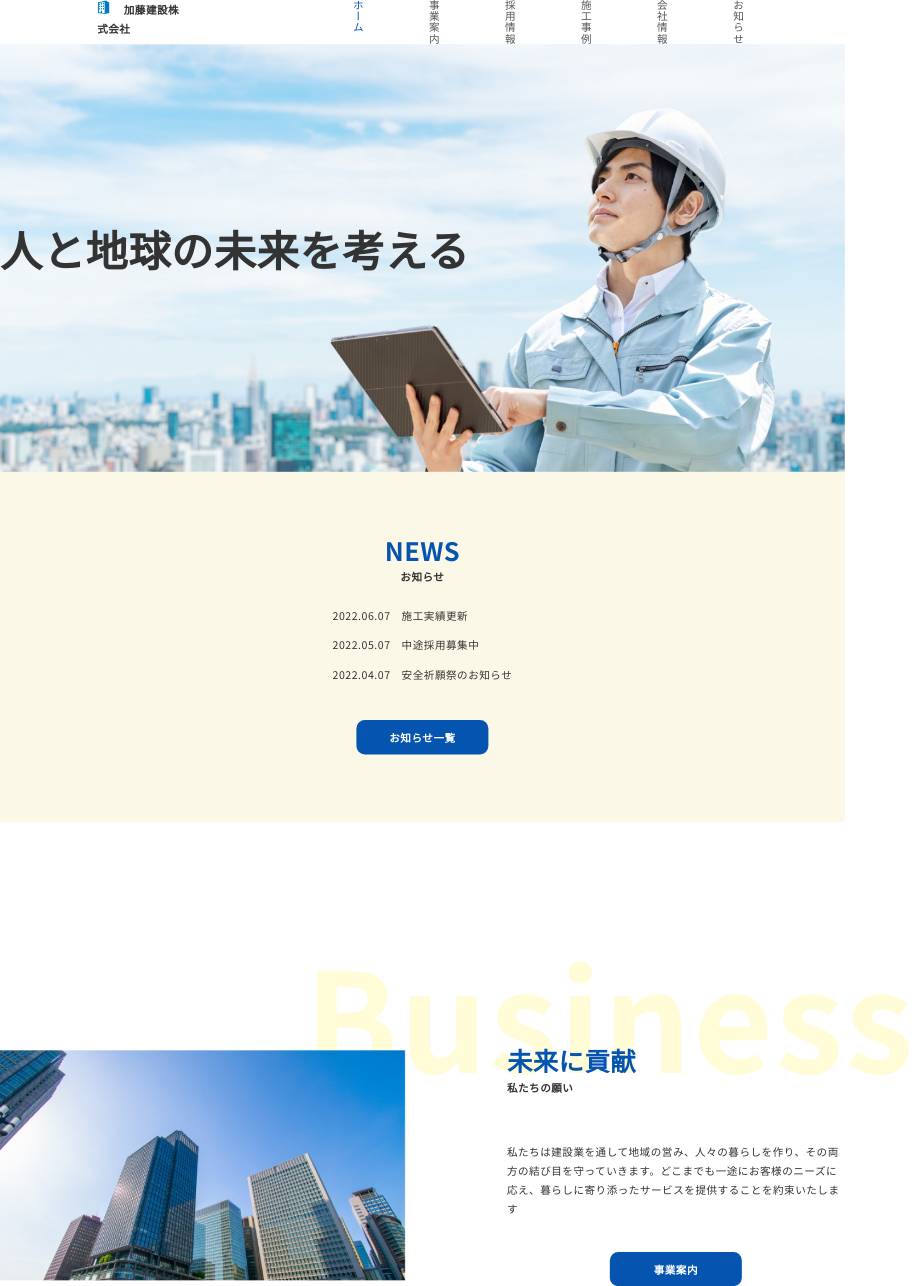
Repository: nozomi-23/hp1_test
Page: index.html
These files come from the project's save history. The page is drawn as it stood at one moment and after the next save; the edit follows.
The browser window is 1280 px wide. The page is 1387 px wide, so the pictures cover 1387 px, including what lies to the right of the window. The pictures show the whole page, at 66% of full size.

Above is the page before, as saved 2022-06-12 14:54:34.

After the next save:
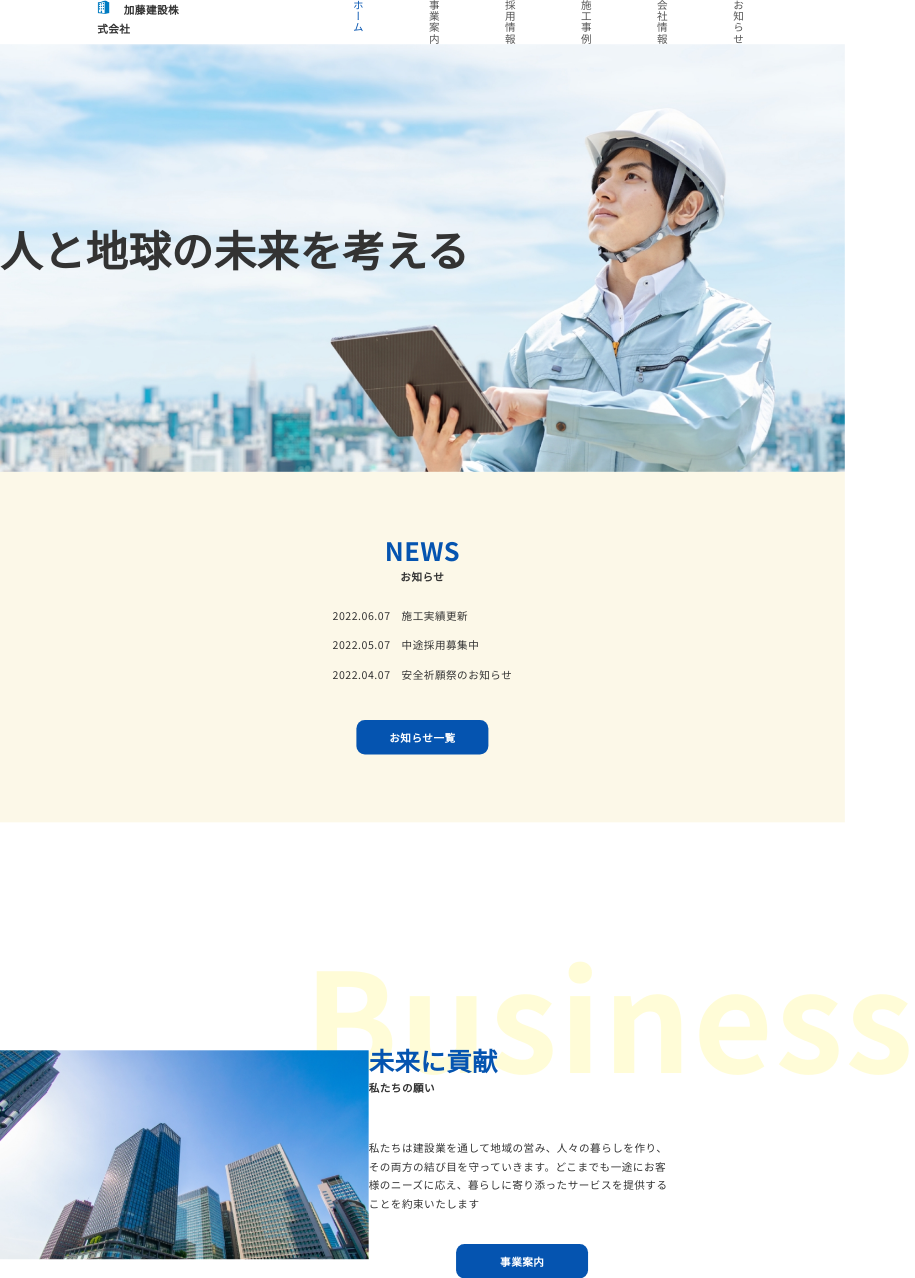
Saved 4 s later.
--- a/css/index.css
+++ b/css/index.css
@@ -101,7 +101,7 @@ business
 }
 .business_block_2 {
   width: 40%;
-  margin-right: ;
+  margin-right: 20%;
 }
 .business_block_2 p {
   padding: 15% 0 10% 0;
